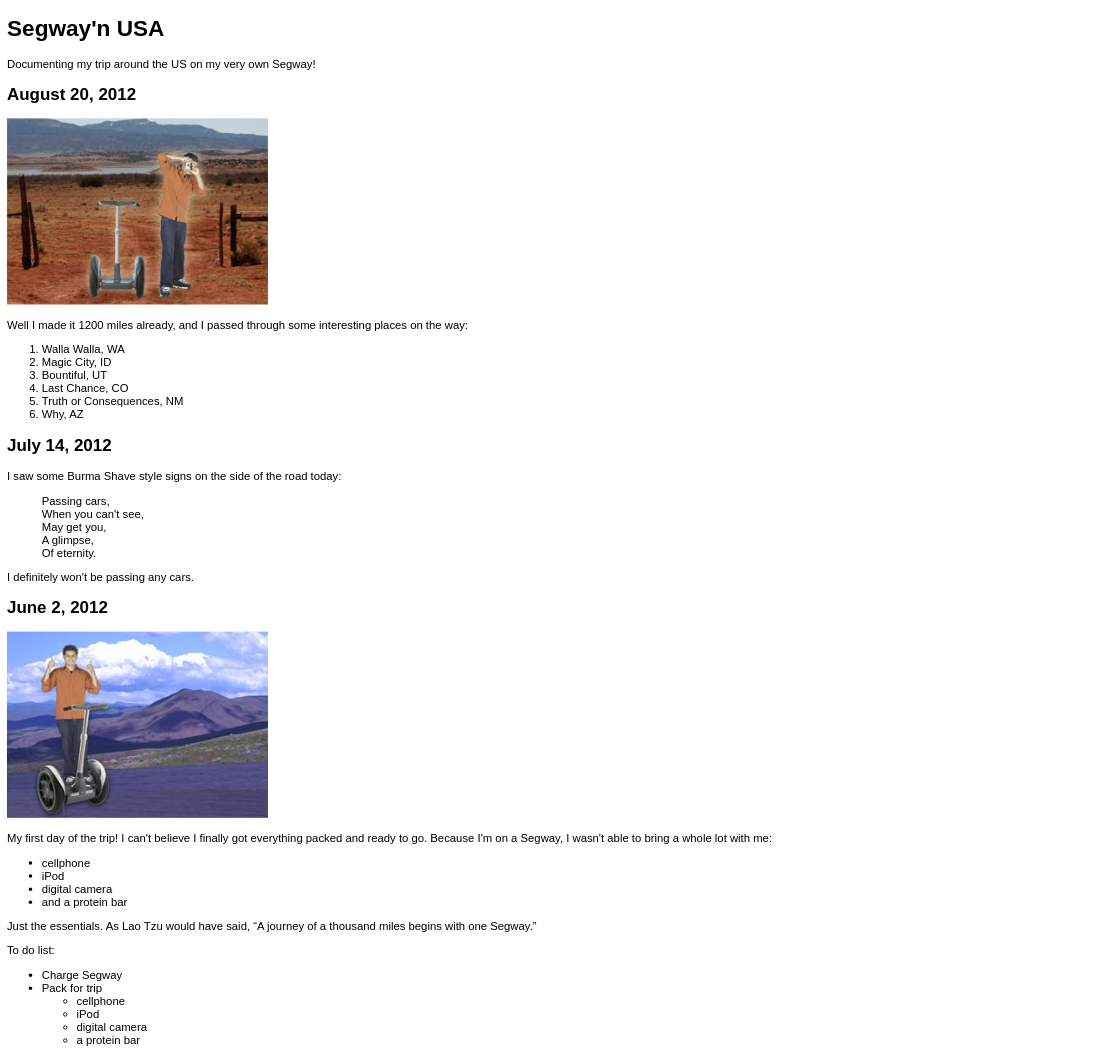
Repository: Dearning/head-first-html-css
Page: chapter8/journal/journal.html
The author's editor kept a copy of each file at every save. The page is drawn from the files as they stood at one save, then again after the next save.
The browser window is 1280 px wide. The pictures show the whole page, at 87% of full size.
Some web fonts or font styles are not loaded; a fallback is used.

Above is the page before, as saved 2021-09-21 00:11:08.

### chapter8/journal/journal.html
<!DOCTYPE html>
<html>
  <head>
    <meta charset="utf-8">
    <title>My Trip Around the USA on a Segway</title>
    <link type="text/css" rel="stylesheet" href="myJournal.css">
  </head>
  <body>

    <h1>Segway'n USA</h1>
    <p>
      Documenting my trip around the US on my very own Segway!
    </p>

    <h2>August 20, 2012</h2>
    <p><img src="images/segway2.jpg" alt="Me any my Segway in New Mexico"></p>
    <p>
      Well I made it 1200 miles already, and I passed
      through some interesting places on the way:
    </p>

    <ol>
      <li>Walla Walla, WA</li>
      <li>Magic City, ID</li>
      <li>Bountiful, UT</li>
      <li>Last Chance, CO</li>
      <li>Truth or Consequences, NM</li>
      <li>Why, AZ</li>
    </ol>

    <h2>July 14, 2012</h2>
    <p>
      I saw some Burma Shave style signs on the side of the
      road today:
    </p>
    <blockquote>
      <p>
      Passing cars, <br>
      When you can't see, <br>
      May get you, <br>
      A glimpse, <br>
      Of eternity. <br>
      </p>
    </blockquote>
    <p>
      I definitely won't be passing any cars.
    </p>

    <h2>June 2, 2012</h2>
    <p><img src="images/segway1.jpg" alt="The first day of the trip"></p>
    <p>
      My first day of the trip!  I can't believe I finally got
      everything packed and ready to go.  Because I'm on a Segway,
      I wasn't able to bring a whole lot with me:
    </p>
    <ul>
      <li>cellphone</li>
      <li>iPod</li>
      <li>digital camera</li>
      <li>and a protein bar</li>
    </ul>
    <p>
       Just the essentials.  As
      Lao Tzu would have said, <q>A journey of a
      thousand miles begins with one Segway.</q>
    </p>
	<p>
	  To do list:
	</p>
	<ul>
	  <li>Charge Segway</li>
	  <li>Pack for trip
		<ul>
		<li>cellphone</li>
		<li>iPod</li>
		<li>digital camera</li>
		<li>a protein bar</li>
		</ul>
	  </li>
	</ul>
  </body>
</html>

### chapter8/journal/myJournal.css
@font-face {
    font-family: "Emblema One";
    src: url("http://wickedlysmart.com/hfhtmlcss/chapter8/journal/EmblemaOne-Regular.woff"),
         url("http://wickedlysmart.com/hfhtmlcss/chapter8/journal/EmblemaOne-Regular.ttf");
}
body{
    font-family: "Emblema One", sans-serif;
    font-size: small;
}

After the next save:
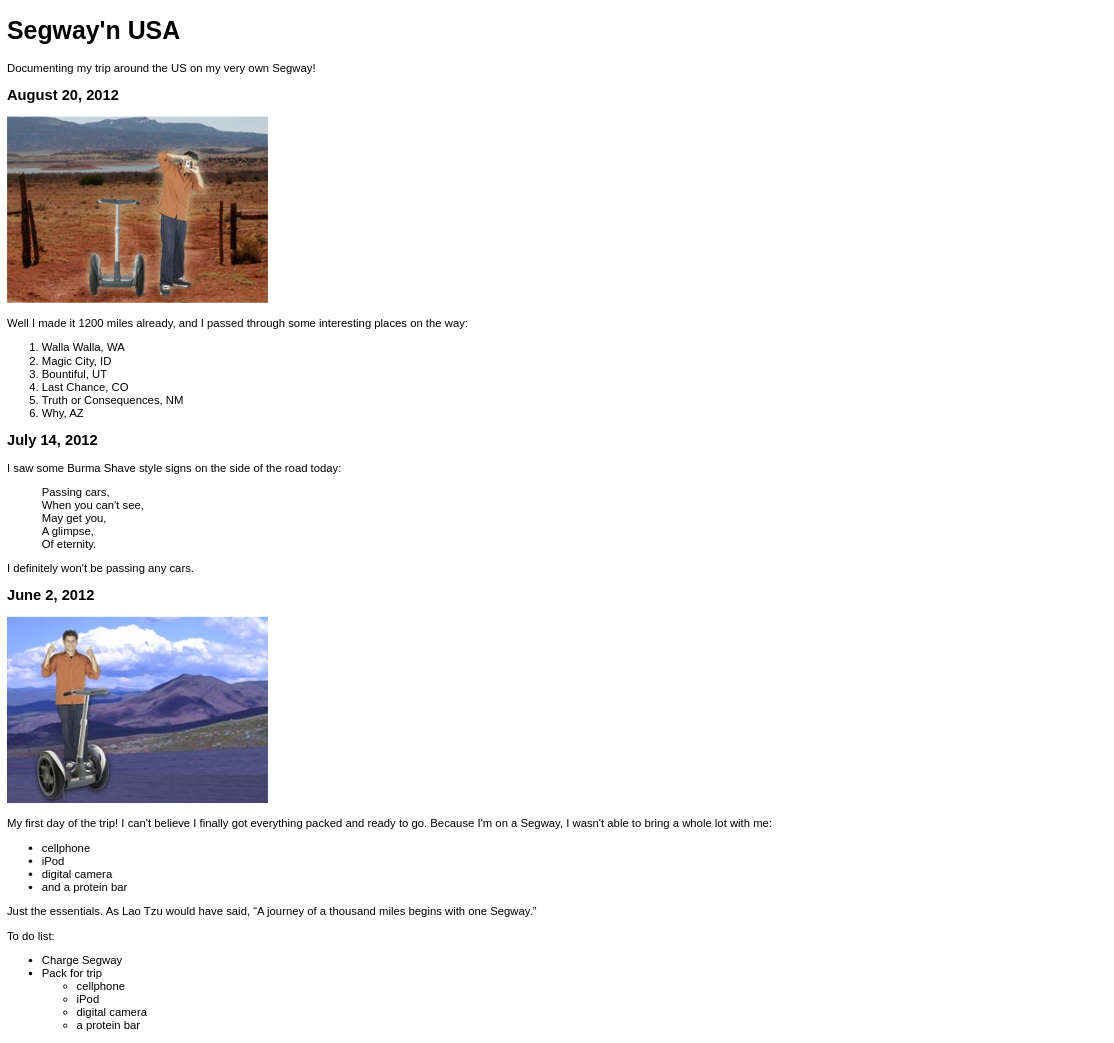
Saved 46 s later.
--- a/chapter8/journal/myJournal.css
+++ b/chapter8/journal/myJournal.css
@@ -7,3 +7,10 @@
     font-family: "Emblema One", sans-serif;
     font-size: small;
 }
+h1{
+    font-family: "Emblema One", sans-serif;
+    font-size: 220%;
+}
+h2{
+    font-size: 130%;
+}
